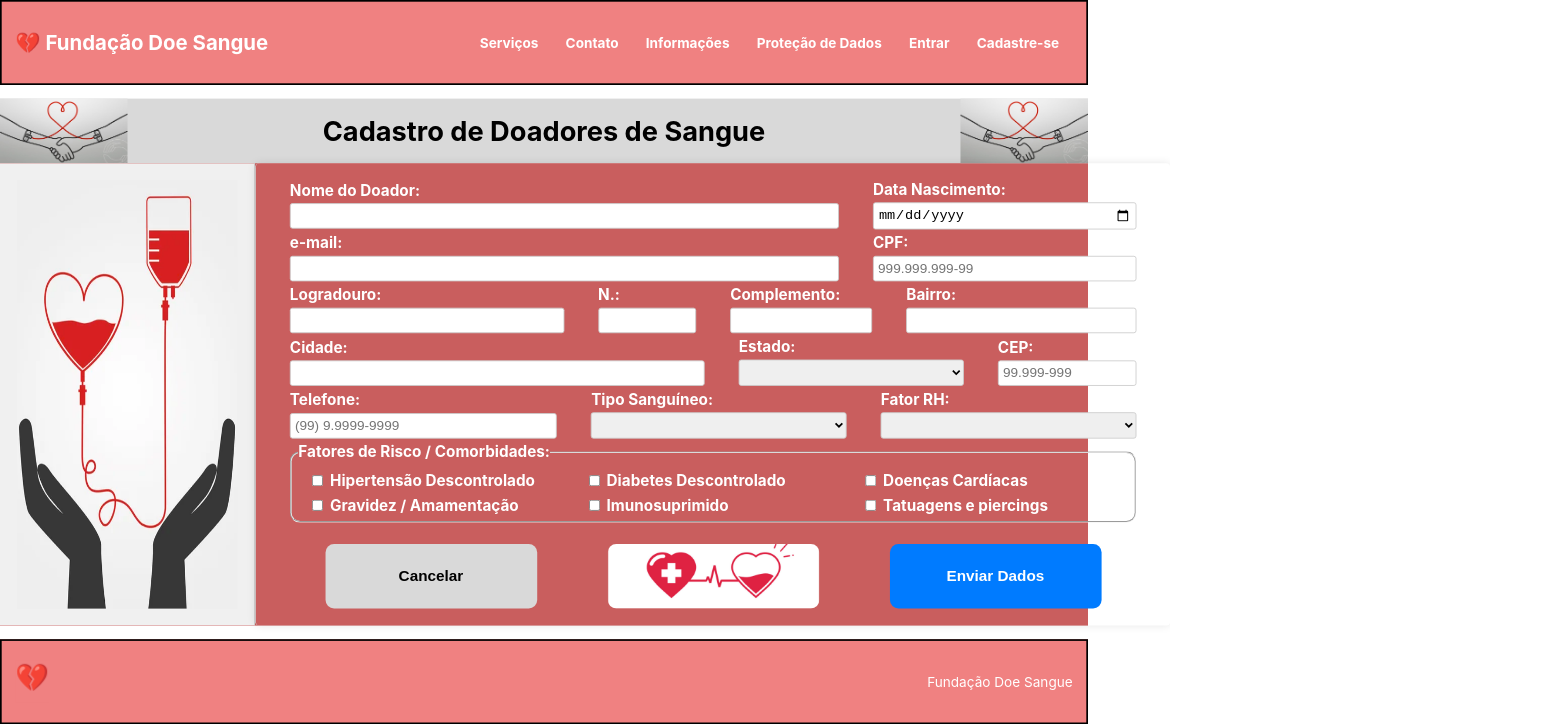
Repository: rodrigototy/doacao-sangue
Page: codigo/cadastro.html
An editor plug-in stored every save of this project. The page is shown before and after the next save, followed by the edit.
The browser window is 1280 px wide. The page is 1377 px wide, then 1828 px, then 1377 px, so the pictures cover 1828 px, including what lies to the right of the window. The pictures show the whole page, at 85% of full size.

Above is the page before, as saved 2023-11-27 00:03:54.

After the next save:
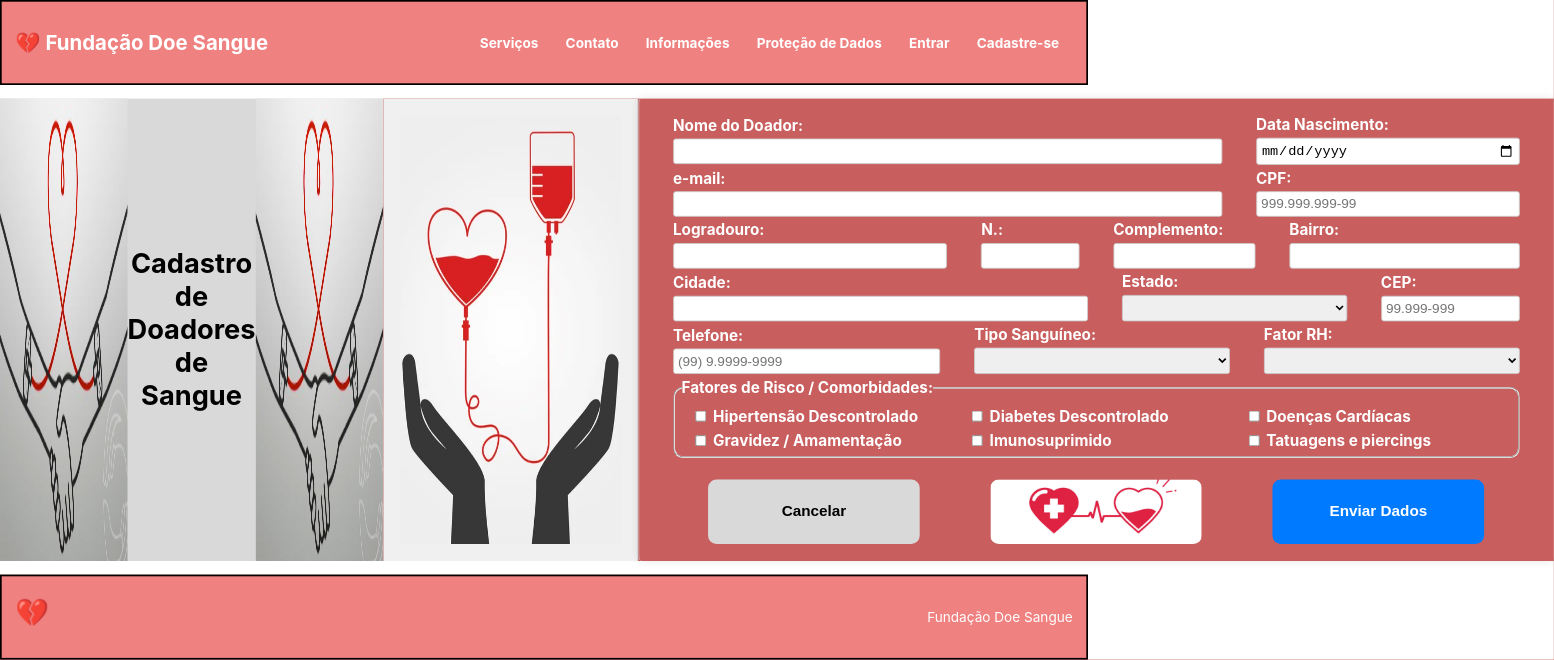
Saved 2 s later.
--- a/codigo/static/styles/cadastro.css
+++ b/codigo/static/styles/cadastro.css
@@ -35,7 +35,7 @@
 }
 
 .formulario {
-  display: ;
+  display: flex;
   border-radius: 4rem;
 }
 

After the 3 saves that followed:
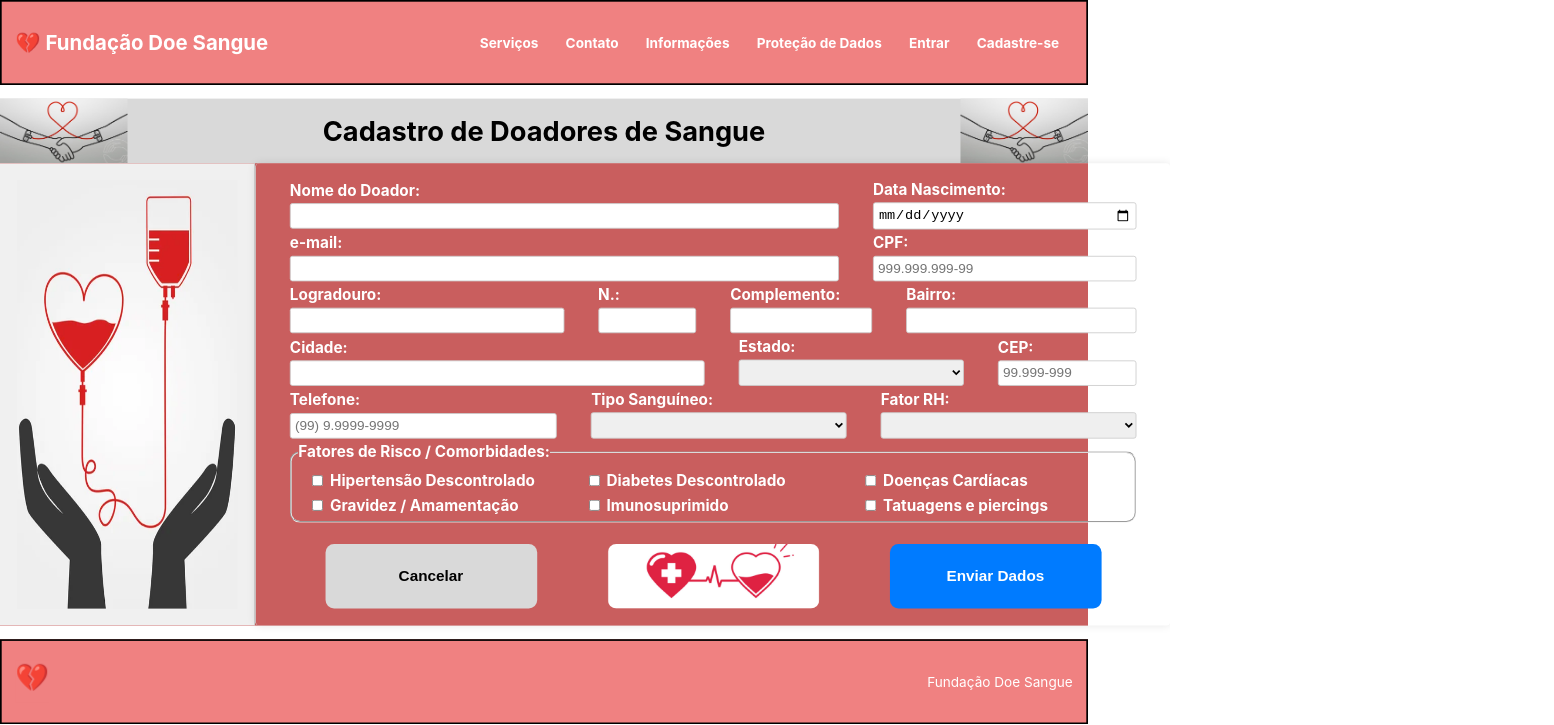
The 3 saves are shown as one change because 1 left the picture as it was and some came seconds apart.
The last was saved 16 s later.
--- a/codigo/static/styles/cadastro.css
+++ b/codigo/static/styles/cadastro.css
@@ -36,6 +36,7 @@
 
 .formulario {
   display: flex;
+  flex-direction: column;
   border-radius: 4rem;
 }
 
